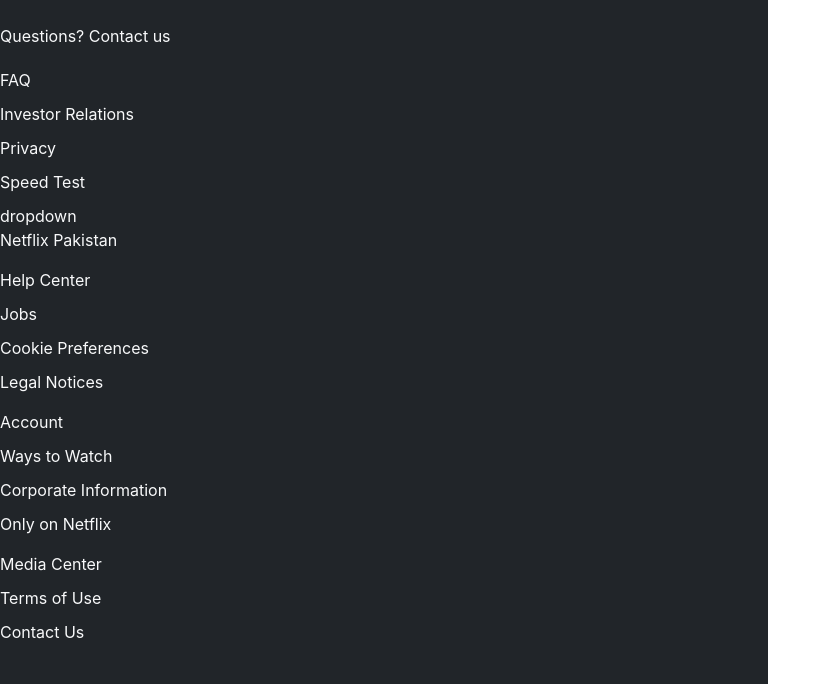
Repository: WajihaGul/Netflix-Clone
Page: /
An editor plug-in stored every save of this project. The page is shown before and after the next save, followed by the edit.
The browser window is 768 px wide. The page is 831 px wide, so the pictures cover 831 px, including what lies to the right of the window. The pictures show the part of the page from y = 621 to 1385 px (the page is 1305 px tall before and 1385 px after).
The project was rebuilt for these pictures with package versions that can differ from the ones it lists, and the page was loaded fresh each time. Also part of the build but not shown: src/App.css, src/Components/Navbar/Navbar.jsx.

Above is the page before, as saved 2024-05-24 14:36:00.

### public/index.html
<!DOCTYPE html>
<html lang="en">
  <head>
    <meta charset="utf-8" />
    <link rel="icon" href="https://encrypted-tbn0.gstatic.com/images?q=tbn:ANd9GcSJd82jZdXs8Uj9CX3mJFuRF27MZB7q_34xAg&s" />
    <meta name="viewport" content="width=device-width, initial-scale=1" />
    <meta name="theme-color" content="#000000" />
    <meta
      name="description"
      content="Web site created using create-react-app"
    />
    <link rel="apple-touch-icon" href="%PUBLIC_URL%/logo192.png" />
    <!--
      manifest.json provides metadata used when your web app is installed on a
      user's mobile device or desktop. See https://developers.google.com/web/fundamentals/web-app-manifest/
    -->
    <link rel="manifest" href="%PUBLIC_URL%/manifest.json" />
    <!--
      Notice the use of %PUBLIC_URL% in the tags above.
      It will be replaced with the URL of the `public` folder during the build.
      Only files inside the `public` folder can be referenced from the HTML.

      Unlike "/favicon.ico" or "favicon.ico", "%PUBLIC_URL%/favicon.ico" will
      work correctly both with client-side routing and a non-root public URL.
      Learn how to configure a non-root public URL by running `npm run build`.
    -->
    <title>Netflix- Watch TV Shows Online, Watch Movies Online</title>
  </head>
  <body>
    <noscript>You need to enable JavaScript to run this app.</noscript>
    <div id="root"></div>
    <!--
      This HTML file is a template.
      If you open it directly in the browser, you will see an empty page.

      You can add webfonts, meta tags, or analytics to this file.
      The build step will place the bundled scripts into the <body> tag.

      To begin the development, run `npm start` or `yarn start`.
      To create a production bundle, use `npm run build` or `yarn build`.
    -->
  </body>
</html>

### src/index.js
import "bootstrap/dist/css/bootstrap.min.css";
import React from "react";
import ReactDOM from "react-dom/client";
import "./index.css";
import App from "./App";
import reportWebVitals from "./reportWebVitals";

const root = ReactDOM.createRoot(document.getElementById("root"));
root.render(
  <React.StrictMode>
    <App />
  </React.StrictMode>
);

// If you want to start measuring performance in your app, pass a function
// to log results (for example: reportWebVitals(console.log))
// or send to an analytics endpoint. Learn more: https://bit.ly/CRA-vitals
reportWebVitals();

### src/App.js
import "./App.css";
import Footer from "./Components/Footer/Footer";
import Navbar from "./Components/Navbar/Navbar";
import SignupHere from "./Components/SignupHere/SignupHere";

function App() {
  return (
    <>
      <SignupHere />
      <Footer />
    </>
  );
}

export default App;

### src/Components/Footer/Footer.jsx
import React from "react";
import styles from "./Footer.module.css";
const Footer = () => {
  return (
    <footer className="bg-dark text-light py-4">
      <div className={styles.container}>
        <div className="row">
          <div className={styles.FooterHere}>
            <div className="col-lg-12">
              <p>Questions? Contact us </p>
              <ul>
                <li>FAQ</li>
                <li>Investor Relations</li>
                <li>Privacy</li>
                <li>Speed Test</li>
                dropdown
                <li>Netflix Pakistan</li>
              </ul>
            </div>

            <div className="col-lg-12">
              <ul>
                <li>Help Center</li>
                <li>Jobs</li>
                <li>Cookie Preferences</li>
                <li>Legal Notices</li>
              </ul>
            </div>

            <div className="col-lg-12 ">
              <ul>
                <li>Account</li>
                <li>Ways to Watch</li>
                <li>Corporate Information</li>
                <li>Only on Netflix</li>
              </ul>
            </div>

            <div className="col-lg-12 ">
              <ul>
                <li>Media Center</li>
                <li>Terms of Use</li>
                <li>Contact Us</li>
              </ul>
            </div>
          </div>
        </div>
      </div>
    </footer>
  );
};

export default Footer;

### src/Components/SignupHere/SignupHere.jsx
import styles from "./SignupHere.module.css";

const SignupHere = () => {
  return (
    <>
      <div className={styles.imgContainer}>
        <div className={`expand-lg bg-body-tertiary ${styles.navcontainer} `}>
          <h1>NETFLIX</h1>
          className={`expand-lg bg-body-tertiary ${styles.navcontainer} `}
          <div className="container-fluid">
            <a className={styles.brand} href="#">
              <span className={styles.navstyle}>NETFLIX</span>
            </a>

            <button className={styles.navbtn} type="submit">
              Sign in
            </button>
          </div>
          <div className={styles.SignupTextDiv}>
            <h1 className={styles.SignupText}>
              Unlimited movies, TV shows, and more
            </h1>
            <p className={styles.SignupText}>Watch anywhere. Cancel anytime.</p>
            <p className={styles.SignupText}>
              Ready to watch? Enter your email to create or restart your
              membership
            </p>
            <div>
              <input
                className={styles.SignupForm}
                type="email"
                id="email"
                name="email"
                placeholder="Enter your email"
                required
              />
              <button className={styles.SignUpBtn}>Get Started</button>
            </div>
          </div>
        </div>
      </div>
    </>
  );
};

export default SignupHere;

### src/Components/Footer/Footer.module.css
.container {
    max-width: 1200px;
    margin: 0 auto;
  }

  .FooterHere {
    display: flex;
    flex-wrap: wrap;
    justify-content: space-between;
  }

  /* .FooterHere > div {
    flex: 1;
    min-width: 200px;
    margin-bottom: 20px;
  } */

  ul {
    list-style: none;
    padding: 0;
  }

  ul li {
    margin-bottom: 10px;
    cursor: pointer;
  }

  ul li:hover {
    text-decoration: underline;
  }

  footer p {
    margin-bottom: 20px;
  }

  /* @media (max-width: 768px) {
    .FooterHere {
      flex-direction: column;
      align-items: flex-start;
    }
  */

    .FooterHere > div {
      min-width: 100%;
    }

### src/Components/SignupHere/SignupHere.module.css
.imgContainer{
    margin-top: -79px;
    height: 700px;
    width: 100%;
    background-image: url(https://assets.nflxext.com/ffe/siteui/vlv3/a99688ca-33c3-4099-9baa-07a2e2acb398/0279102c-4f3f-4ed2-a283-cce57434d595/PK-en-20240520-popsignuptwoweeks-perspective_alpha_website_large.jpg);
}


.navbtn {
    background: #e61c1c;
    color: white;
    /* padding: 4px 17px; */
    border-radius: 7px;
    border: none;
    font-size: medium;
    font-family: emoji;
    margin-left: 343px;
    margin-right: 343px;
    padding-top: 4px;
    padding-bottom: 4px;
    height: 32px;
    width: 71px;
    margin-top: 2px;
    margin-bottom: 2px;
}

.navstyle{
    color: red;
    font-size: xx-large;
    font-family: emoji;
    padding-left: 343px;
    padding-right: 343px;
    padding-top: 10px;
    padding-bottom: 10px;
}

.navcontainer{
    background-color: transparent !important;
}
.SignupText{
    color: white;
    align-items: center;
    justify-content: center;
    display: flex;
    flex-direction: column;
}
.SignupTextDiv{
    color: white;
    align-items: center;
    justify-content: center;
    display: flex;
    flex-direction: column;
    margin-top: 170px;
}
.SignupForm{
    width: 284px;
    height: 42px;
    background: #e2dfdf;
}
.SignUpBtn{
    background: red;
    color: white;
    height: 40px;
    width: 143px;
    margin: 4px;
    /* border-radius: 7px; */
    border: none;
    font-size: larger;
}

Loaded but not shown: src/index.css (common file); src/reportWebVitals.js (common file)

After the next save:
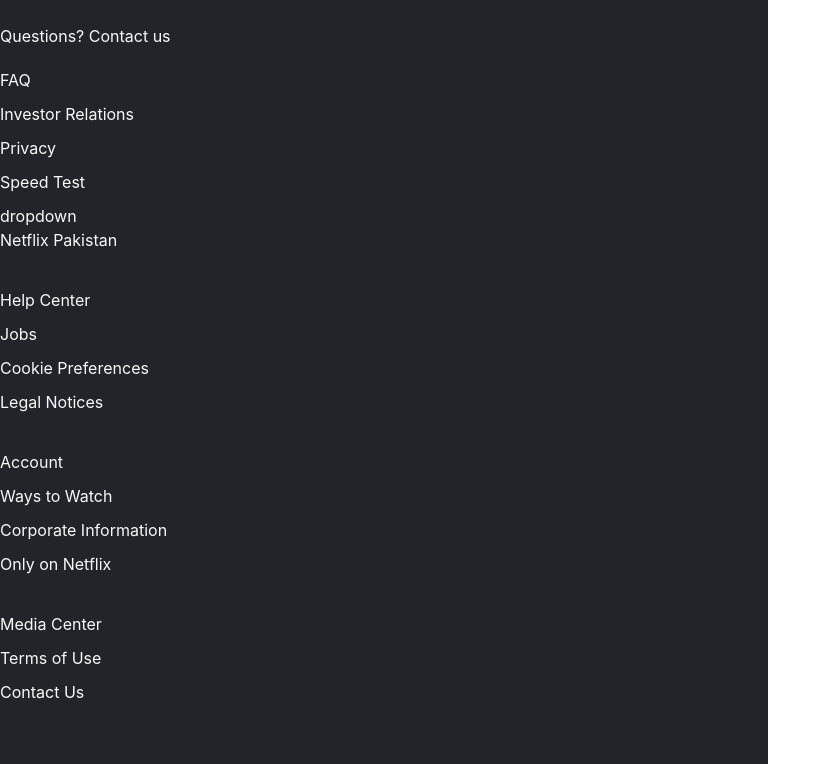
Saved 15 s later.
--- a/src/Components/Footer/Footer.module.css
+++ b/src/Components/Footer/Footer.module.css
@@ -9,11 +9,11 @@
     justify-content: space-between;
   }
 
-  /* .FooterHere > div {
+  .FooterHere > div {
     flex: 1;
     min-width: 200px;
     margin-bottom: 20px;
-  } */
+  }
 
   ul {
     list-style: none;
@@ -33,13 +33,13 @@
     margin-bottom: 20px;
   }
 
-  /* @media (max-width: 768px) {
+  @media (max-width: 768px) {
     .FooterHere {
       flex-direction: column;
       align-items: flex-start;
     }
-  */
 
     .FooterHere > div {
       min-width: 100%;
     }
+  }
